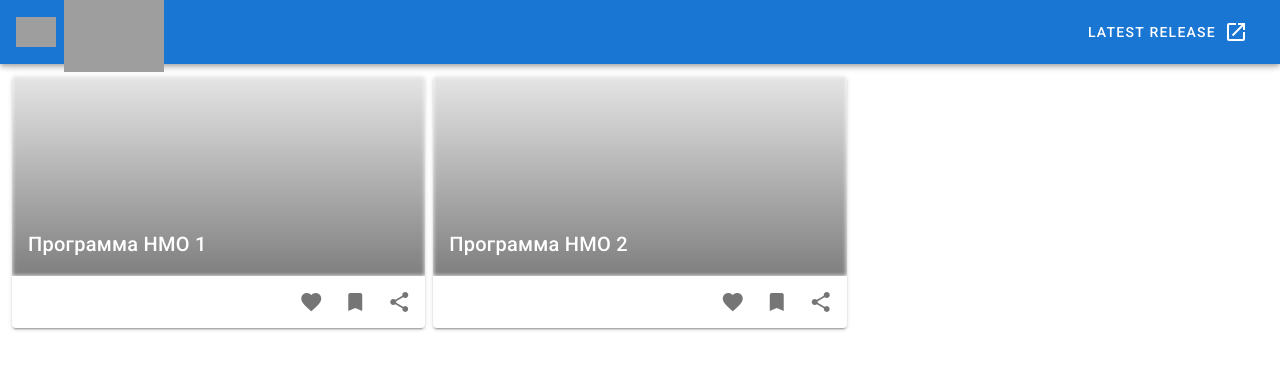
Repository: pakiam/demo
Page: /programs
The author's editor kept a copy of each file at every save. The page is drawn from the files as they stood at one save, then again after the next save.
The browser window is 1280 px wide. The pictures show the whole page.
Pictures or frames that could not be fetched are drawn as grey boxes. The project was rebuilt for these pictures with package versions that can differ from the ones it lists, and the page was loaded fresh each time. Also part of the build but not shown: vue.config.js, src/components/HelloWorld.vue, src/views/Home.vue.

Above is the page before, as saved 2022-01-12 02:16:47.

### src/router/index.js
import Vue from 'vue'
import VueRouter from 'vue-router'
import Home from '../views/Home.vue'

Vue.use(VueRouter)

const routes = [
  {
    path: '/',
    name: 'Home',
    component: Home
  },
  {
    path: '/about',
    name: 'About',
    // route level code-splitting
    // this generates a separate chunk (about.[hash].js) for this route
    // which is lazy-loaded when the route is visited.
    component: () => import(/* webpackChunkName: "about" */ '../views/About.vue')
  },
  {
    path: '/programs',
    name: 'Programs',
    // route level code-splitting
    // this generates a separate chunk (about.[hash].js) for this route
    // which is lazy-loaded when the route is visited.
    component: () => import(/* webpackChunkName: "about" */ '../views/Programs.vue')
  }
]

const router = new VueRouter({
  mode: 'history',
  base: process.env.BASE_URL,
  routes
})

export default router

### src/store/index.js
import Vue from 'vue'
import Vuex from 'vuex'
import cart from './modules/cart'
import programs from './modules/programs'

Vue.use(Vuex)

export default new Vuex.Store({
  modules: {
    cart,
    programs
  }
})

### src/views/Programs.vue
<template>
  <v-container fluid>
    <v-row v-if="isLoading">
      Loading...
    </v-row>
    <v-row v-else dense>
      <v-col v-for="program in programs" :key="program.id" cols="4">
        <v-card>
          <v-img
            :src="program.img"
            class="white--text align-end"
            gradient="to bottom, rgba(0,0,0,.1), rgba(0,0,0,.5)"
            height="200px"
          >
            <v-card-title v-text="program.frontName"></v-card-title>
          </v-img>

          <v-card-actions>
            <v-spacer></v-spacer>

            <v-btn icon>
              <v-icon>mdi-heart</v-icon>
            </v-btn>

            <v-btn icon>
              <v-icon>mdi-bookmark</v-icon>
            </v-btn>

            <v-btn icon>
              <v-icon>mdi-share-variant</v-icon>
            </v-btn>
          </v-card-actions>
        </v-card>
      </v-col>
    </v-row>
  </v-container>
</template>

<script>
import { mapActions } from 'vuex'
export default {
  name: 'PagePrograms',
  data () {
    return {
      programs: null,
      isLoading: true
    }
  },
  methods: {
    ...mapActions({
      getPrograms: 'programs/getPrograms'
    })
  },
  async mounted () {
    try {
      const response = await this.getPrograms()
      console.log('2', response)
      this.programs = response
    } catch (error) {
      console.log('Programs mounter', error)
    } finally {
      this.isLoading = false
    }
  }
}
</script>

<style lang="scss"></style>

### src/store/modules/cart/index.js
import actions from './actions'
import getters from './getters'
import mutatios from './mutatios'

const state = {
  programs: null
}

export default {
  namespaced: true,
  state,
  mutatios,
  actions,
  getters
}

### src/store/modules/programs/index.js
import actions from './actions'
import getters from './getters'

const state = {
  programs: null
}

export default {
  namespaced: true,
  state,
  actions,
  getters
}

### src/store/modules/programs/actions.js
import apiPrograms from '@/api/programs'

export default {
  getPrograms: async ({ dispatch }) => {
    let response
    try {
      response = await apiPrograms.getPrograms()
      console.log('3', response)
    } catch (error) {
      return Promise.reject(error)
    }

    return response.data
  }
  // getProgramById: async ({ dispatch }, programId) => {
  //   let response
  //   try {
  //     response = await apiPrograms.getProgramById({ programId: programId })
  //   } catch (error) {
  //     return Promise.reject(error)
  //   }

  //   return response.data
  // }
}

### src/api/programs/index.js
// import dataProvider from '@/api'
import { programs } from '../mockups/programs'

/**
 * @description Моки
 */
export default {
  /**
   * @description Получение Программ
   *
   * @param payload
   * @return {object}
   */
  getPrograms (payload = {}) {
    // return dataProvider.get('/programs', { ...payload })
    console.log('1', programs)
    return new Promise(function (resolve, reject) {
      resolve(programs)
    })
    // return programs
    // Promise.resolve(programs)
  }
}

### src/api/mockups/programs.js
const programs = {
  data: [
    {
      id: 1,
      frontName: 'Программа НМО 1',
      price: 2000,
      description: 'Описание программы',
      img: 'https://',
      details: {
        value: 'value'
      }
    },
    {
      id: 2,
      frontName: 'Программа НМО 2',
      price: 2000,
      description: 'Описание программы',
      img: 'https://',
      details: {
        value: 'value'
      }
    }
  ],
  success: true
}

export { programs }

Loaded but not shown: public/index.html (common file); src/main.js (common file); src/App.vue (common file); src/plugins/vuetify.js (common file); src/store/modules/cart/actions.js (no stored copy; drawn as an empty file); src/store/modules/cart/getters.js (no stored copy; drawn as an empty file); src/store/modules/cart/mutatios.js (no stored copy; drawn as an empty file)

After the next save:
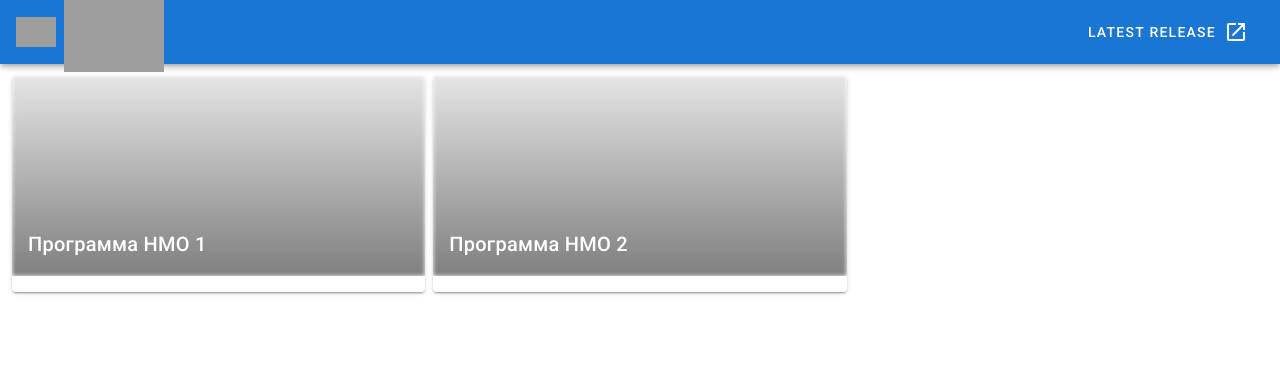
Saved 17 s later.
--- a/src/views/Programs.vue
+++ b/src/views/Programs.vue
@@ -17,18 +17,6 @@
 
           <v-card-actions>
             <v-spacer></v-spacer>
-
-            <v-btn icon>
-              <v-icon>mdi-heart</v-icon>
-            </v-btn>
-
-            <v-btn icon>
-              <v-icon>mdi-bookmark</v-icon>
-            </v-btn>
-
-            <v-btn icon>
-              <v-icon>mdi-share-variant</v-icon>
-            </v-btn>
           </v-card-actions>
         </v-card>
       </v-col>
